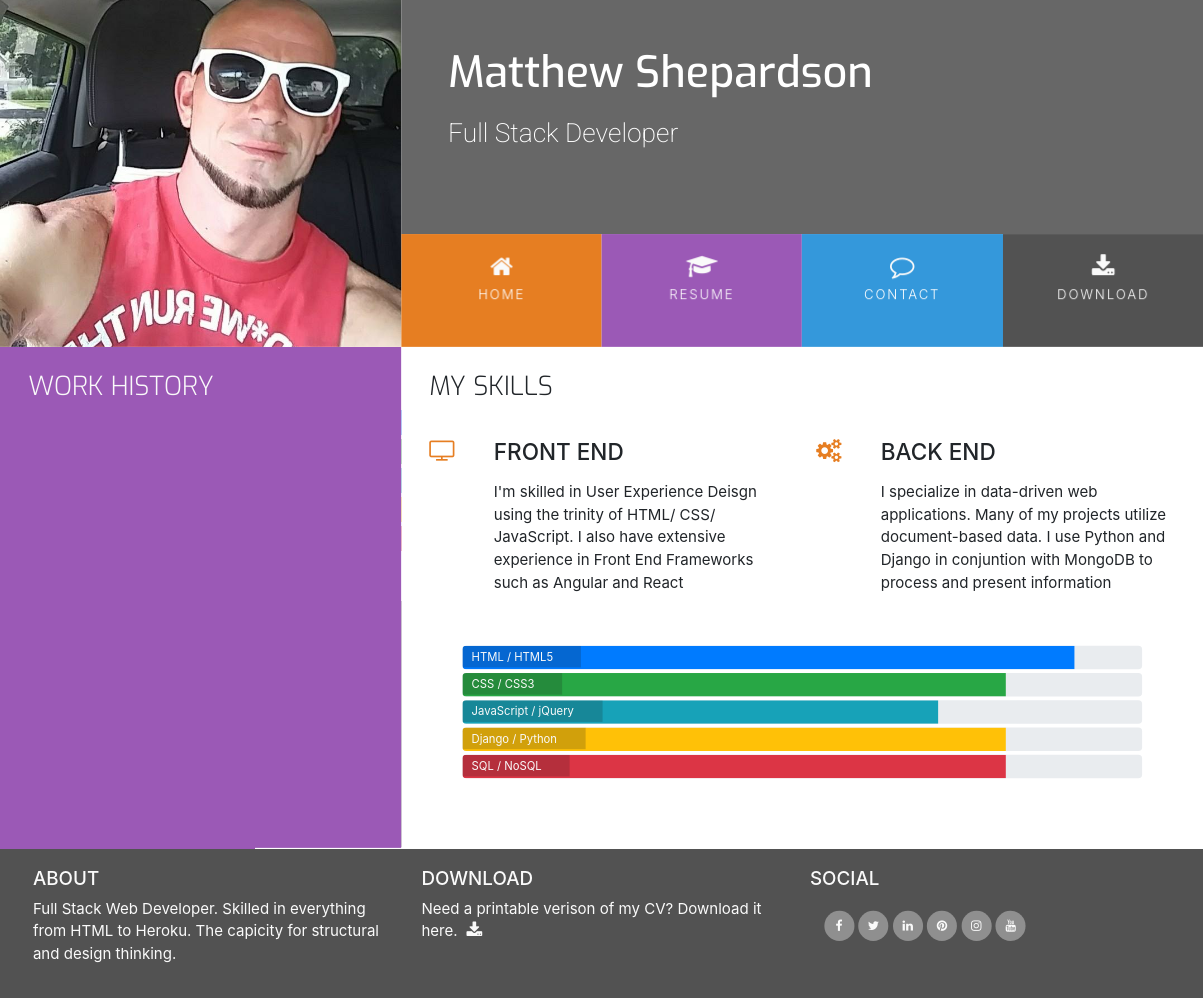
Repository: mshep6517/resume-project
Page: resume.html
The author's editor kept a record of every edit. The page is drawn from the files as they stood at one moment, then again after the next edit.
The browser window is 1280 px wide. The pictures show the whole page, at 94% of full size.
Some web libraries are served in a nearby version.

Above is the page before.

### resume.html
<!DOCTYPE html>
<html lang="en">

<head>
    <meta charset="UTF-8">
    <meta name="viewport" content="width=device-width, initial-scale=1.0">
    <meta http-equiv="X-UA-Compatible" content="ie=edge">
    <link rel="stylesheet" href="https://maxcdn.bootstrapcdn.com/bootstrap/4.2.1/css/bootstrap.min.css" type="text/css" />
    <link rel="stylesheet" href="https://maxcdn.bootstrapcdn.com/font-awesome/4.7.0/css/font-awesome.min.css" type="text/css" />
    <link rel="stylesheet" href="https://cdnjs.cloudflare.com/ajax/libs/hover.css/2.3.1/css/hover-min.css" type="text/css" />
    <link rel="stylesheet" href="assets/css/style.css">
    <title>Matthew</title>
</head>

<body>
    <header>
        <div class="row no-gutters">
            <a class="col-md-4 logo" href="index.html"></a>
            <div class="col-md-8">
                <div class="row no-gutters bg-color-name-title">
                    <div class="col heading">
                        <h1 class="name">Matthew Shepardson</h1>
                        <h2 class="title"> Full Stack Developer</h2>
                    </div>
                </div>
                <div class="row no-gutters">
                    <div class="col">
                        <ul id="nav" class="list-inline menucontainer">
                            <li class="col-6 col-sm-3 ui-menu-color-home list-inline-item menuitem">
                                <a href="index.html" class="hvr-sweep-to-bottom"><i class="fa fa-home" aria-hidden="true"></i><span>Home</span></a>
                            </li>
                            <li class="col-6 col-sm-3 ui-menu-color-resume list-inline-item menuitem">
                                <a href="resume.html" class="hvr-sweep-to-bottom"><i class="fa fa-graduation-cap" aria-hidden="true"></i><span>Resume</span></a>
                            </li>
                            <li class="col-6 col-sm-3 ui-menu-color-contact list-inline-item menuitem">
                                <a href="contact.html" class="hvr-sweep-to-bottom"><i class="fa fa-comment-o" aria-hidden="true"></i><span>Contact</span></a>
                            </li>
                            <li class="col-6 col-sm-3 ui-menu-color-download list-inline-item menuitem">
                                <a href="#" class="hvr-sweep-to-bottom"><i class="fa fa-download" aria-hidden="true"></i><span>Download</span></a>
                            </li>
                        </ul>
                    </div>
                </div>
            </div>
        </div>
    </header>
    <section class="container-fluid">
        <div class="row">
            <div class="col-md-4 bg-color-work-history section-column">
                <div class="row">
                    <div class="col-12">
                        <h3 class="history-heading uppercase">
                            Work History
                        </h3>
                    </div>
                </div>
            </div>
            <div class="col-md-8 bg-color-three-reasons section-column">
                <div class="row">
                    <div class="col">
                        <h3 class="section-heading uppercase">My Skills</h3>
                    </div>
                </div>
                <div class="row">
                    <div class="col-10 offset-1 offset-sm-0 col-sm-4 col-md-6">
                        <div class="row">
                            <div class="col-2">
                                <i class="three-rerasons-icon fa fa-tv" aria-hidden="true"></i>
                            </div>
                            <div class="col-10">
                                <h4 class="threee-reasons-heading uppercase">Front End</h4>
                                <p>
                                    I'm skilled in User Experience Deisgn using the trinity of HTML/ CSS/ JavaScript.
                                    I also have extensive experience in Front End Frameworks such as Angular
                                    and React
                                </p>
                            </div>
                        </div>
                    </div>
                    <div class="col-10 offset-1 offset-sm-0 col-sm-4 col-md-6">
                        <div class="row">
                            <div class="col-2">
                                <i class="three-rerasons-icon fa fa-gears" aria-hidden="true"></i>
                            </div>
                            <div class="col-10">
                                <h4 class="threee-reasons-heading uppercase">Back End</h4>
                                <p>
                                    I specialize in data-driven web applications. Many of my projects utilize
                                    document-based data. I use Python and Django in conjuntion with MongoDB
                                    to process and present information
                                </p>
                            </div>
                        </div>
                    </div>
                </div>
                <div class="row progress-section">
                    <div class="col">
                        <div class="progress">
                            <div class="progress-bar" role="progressbar" aria-valuenow="90" aria-valuemin="0" aria-valuemax="100" style="width:90%;">
                                <span class="sr-only">90% complete</span>
                            </div>
                            <span class="progress-type">HTML / HTML5</span>
                        </div>
                        <div class="progress">
                            <div class="progress-bar bg-success" role="progressbar" aria-valuenow="80" aria-valuemin="0" aria-valuemax="100" style="width:80%;">
                                <span class="sr-only">80% complete</span>
                            </div>
                            <span class="progress-type">CSS / CSS3</span>
                        </div>
                        <div class="progress">
                            <div class="progress-bar bg-info" role="progressbar" aria-valuenow="70" aria-valuemin="0" aria-valuemax="100" style="width:70%;">
                                <span class="sr-only">70% complete</span>
                            </div>
                            <span class="progress-type">JavaScript / jQuery</span>
                        </div>
                        <div class="progress">
                            <div class="progress-bar bg-warning" role="progressbar" aria-valuenow="80" aria-valuemin="0" aria-valuemax="100" style="width:80%;">
                                <span class="sr-only">80% complete</span>
                            </div>
                            <span class="progress-type">Django / Python</span>
                        </div>
                        <div class="progress">
                            <div class="progress-bar bg-danger" role="progressbar" aria-valuenow="80" aria-valuemin="0" aria-valuemax="100" style="width:80%;">
                                <span class="sr-only">80% complete</span>
                            </div>
                            <span class="progress-type">SQL / NoSQL</span>
                        </div>
                    </div>
                </div>
            </div>
        </div>

    </section>
    <footer class="container-fluid">
        <div id="footer-details" class="row">
            <div class="col-sm-4">
                <h5 class="uppercase general-sub">About</h5>
                <p class="inline-block">
                    Full Stack Web Developer. Skilled in everything from HTML to Heroku. The capicity for structural and design thinking.
                </p>
            </div>
            <div class="col-sm-4">
                <h5 class="uppercase general-sub">Download</h5>
                <p class="inline-block">
                    Need a printable verison of my CV? Download it here.
                    <a href="#" target="_blank" class="cv-pdf">
                        <i class="fa fa-download" aria-hidden="true"></i>
                        <span class="sr-only">Download link.</span>
                    </a>
                </p>
            </div>
            <div class="col-sm-4">
                <h5 class="uppercase general-sub">Social</h5>
                <ul class="list-inline social-links">
                    <li class="list-inline-item">
                        <a target="_blank" href="#">
                            <i class="fa fa-facebook" aria-hidden="true"></i>
                            <span class="sr-only">Facebook</span>
                            </a>
                    </li>
                    <li class="list-inline-item">
                        <a target="_blank" href="#">
                            <i class="fa fa-twitter" aria-hidden="true"></i>
                            <span class="sr-only">Twitter</span>
                            </a>
                    </li>
                    <li class="list-inline-item">
                        <a target="_blank" href="#">
                            <i class="fa fa-linkedin" aria-hidden="true"></i>
                            <span class="sr-only">LinkedIn</span>
                            </a>
                    </li>
                    <li class="list-inline-item">
                        <a target="_blank" href="#">
                            <i class="fa fa-pinterest" aria-hidden="true"></i>
                            <span class="sr-only">Pinterest</span>
                        </a>
                    </li>
                    <li class="list-inline-item">
                        <a target="_blank" href="#">
                            <i class="fa fa-instagram" aria-hidden="true"></i>
                            <span class="sr-only">Instagram</span>
                            </a>
                    </li>
                    <li class="list-inline-item">
                        <a target="_blank" href="#">
                            <i class="fa fa-youtube" aria-hidden="true"></i>
                            <span class="sr-only">YouTube</span>
                            </a>
                    </li>
                </ul>
            </div>
        </div>

    </footer>
</body>

</html>

### assets/css/style.css
@import url('https://fonts.googleapis.com/css?family=Roboto:100,200,300,400,500,600,700|exo:100,200,300,400,500,600,700');

/*-----------------------------------Colors */

.bg-color-name-title {
    background-color: #676767;
}

.bg-color-three-reasons {
    background-color: #ffffff;
}

.bg-color-personal-info {
   background-color: #f4f4f4;
}

.bg-color-work-history {
    background-color: #9b59b6;
}

.ui-menu-color-home {
    background-color: #e67e22;
}

.ui-menu-color-resume {
    background-color: #9b59b6;
}

.ui-menu-color-contact {
    background-color: #3498db;
}

.ui-menu-color-download {
    background-color: #525252;
}


/*----------------------------------- Special Paddings/margins/text*/

h1,
h2,
h3,
h4 {
    margin: 0;
}

.uppercase {
    text-transform: uppercase;
}

.general-sub: {
    font-family: "Exo", sans-serif;
    font-weight: 300;
    color: #fafafa;
}

.row-table {
    display: table;
}

.section-column {
    display: table-cell;
    padding: 0 30px 30px;
    float: none;
}

.history-heading,
.section-heading {
    font-family: "Exo", sans-serif;
    font-weight: 300;
    margin-top: 25px;
    margin-bottom: 40px;
}

/*-----------------------------------Heading */

header {
    margin: 0;
}

.heading {
    margin-left: 50px;
}

.logo {
    background: url("../images/my picture.png");
    background-position: center;
    background-repeat: no-repeat;
    background-size: cover;
    min-height: 360px;
    transition: all .5s ease-in-out;
    -moz-transition: all .5s ease-in-out;
    -webkit-transition: all .5s ease-in-out;
}

.name {
    font-family: "Exo", sans-serif;
    font-weight: 100px;
    font-size: 46px;
    margin-top: 50px;
    color: #ffffff;
}

.title {
    font-family: "Roboto", sans-serif;
    font-weight: 200;
    font-size: 28px;
    margin-top: 20px;
    margin-bottom: 90px;
    color: #ffffff;
}

.list-inline-item:not(:last-child) {
    margin: 0;
}

.menucontainer {
    font-size: 0;
}

#nav {
    margin: 0;
}

#nav li {
    font-size: 14px;
    padding: 0;
}

.menuitem {
    height: 120px;
    text-align: center;
    padding: 0;
}

.menuitem a {
    width: 100%;
    text-decoration: none;
    color: #ffffff;
    height: 120px;

}

.menuitem a i {
    padding-top: 22px;
    display: block;
    color: #fafafa;
    font-size: 26px;
}

.menuitem span {
    display: block;
    width: 100%;
    padding-top: 5px;
    text-align: center;
    text-transform: uppercase;
    font-size: 14px;
    font-weight: 300;
    letter-spacing: 2px;
}

/*-----------------------------------Hover.CSS */

.hvr-sweep-to-bottom:before {
    background-color: rgba(0, 0, 0, 0.2);
    height: 120px;
}

/*-----------------------------------Footer */

footer {
    background-color: #525252;
    color: #fafafa;
    min-height: 120px;
    margin: 0;
}

.inline-block {
    display: inline-block;
}

.cv-pdf i {
    font-size:18px;
    color: #fafafa;
    text-align: center;
    padding-left: 5px;
    transition: all 0.35s ease-in-out;
    -moz-transition: all 0.35s ease-in-out;
    -webkit-transition: all 0.35s ease-in-out;
    -o-transition: all 0.35s ease-in-out;
}

.cv-pdf i:hover {
    color: #e84610;
}

.social-links {
    padding:15px;
}

.social-links li a i {
    width: 32px;
    height: 32px;
    padding: 12px 0;
    border-radius: 50px;
    font-size: 13px;
    line-height: 7px;
    text-align: center;
    color: #fafafa;
    background: #8f8f8f;
    transition: all 0.35s ease-in-out;
    -moz-transition: all 0.35s ease-in-out;
    -webkit-transition: all 0.35s ease-in-out;
    -o-transition: all 0.35s ease-in-out;
}

.social-links li a i:hover {
    background: #e84610;
}

#footer-details {
    padding: 20px;
}

/*----------------------------------- Three Reasons*/

.three-rerasons-icon {
    font-size:25px;
    color: #e67e22;
}

.threee-reasons-heading {
    margin-bottom: 15px;
}

/*----------------------------------- Personal Info*/

.personal-info-item {
    margin-bottom: 20px;
    display: block;
    clear: both;
}

.personal-info-item .key,
.personal-info-item .value {
    padding-right: 8px;
    display: inline-block;
}

.personal-info-item .key p,
.personal-info-item .value p {
    margin: 0;
}

.personal-info-item .key {
    width: 30%;
    margin-right: 21px;
    padding-top: 2px;
    vertical-align: top;
}

.personal-info-item .key p {
    font-weight: 700;
}

.personal-info-item .value {
    position: relative;
    width: 60%;

}

/*----------------------------------- Skills*/

.progress {
    position: relative;
    height: 25px;
    margin-bottom: 4px;
}

.progress-type {
    position: absolute;
    left: 0px;
    font-weight: 400;
    padding: 3px 30px 2px 10px;
    color: #fafafa;
    background-color: rgba(25, 25, 25, 0.2)
}

.progress-section {
    margin: 40px 20px;
}


/*----------------------------------- Work History*/

.history-heading {
    color: #fafafa;
    margin-bottom: 50px;
}

.timeline-item {
    padding: 4em 2em 0em em;
    position: relative;
    color: #fafafa;
    border-left: 1px solid;
}

.timeline-item p {
    padding: 0;
    margin: 0;
}

.timeline-item: before {
    content: attr(data)-dates);
    position: absolute;
    left: 2.5em;
    top: 3em;
    display: block;
    font-family: "Exo" sans-serif;
    font-weight: 500;
    font-size: 0.8em;
    padding: 0;
    margin: 0;
}

.timeline-item: after {
    width: 12px;
    height: 12px;
    display: block;
    top: 2.4em;
    position: absolute;
    left:-6px;
    border-radius: 12px;
    content: '';
    background: #fafafa;
}

After the next edit:
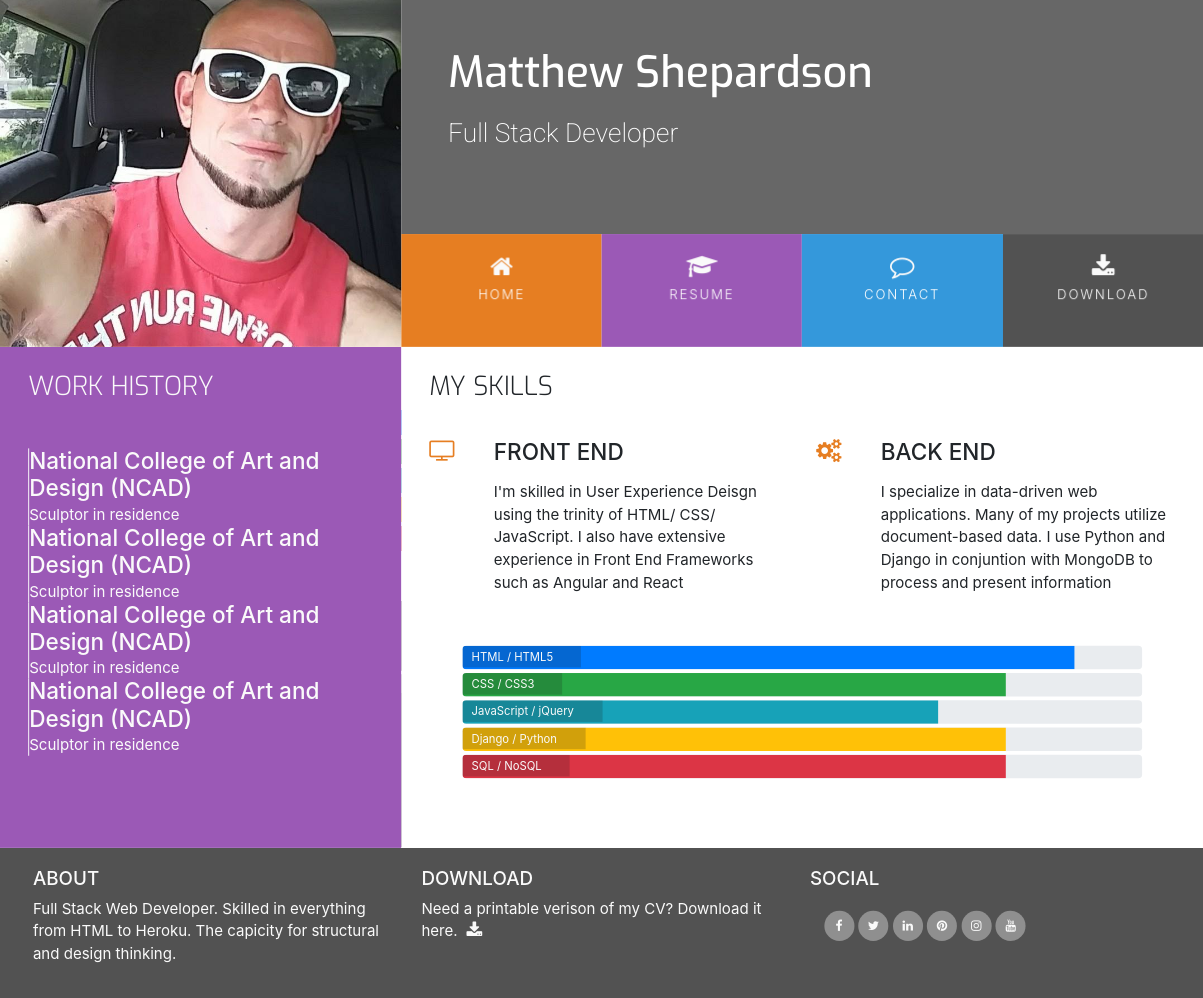
The edit:
--- a/resume.html
+++ b/resume.html
@@ -54,6 +54,22 @@
                         </h3>
                     </div>
                 </div>
+                <div class="timeline-item" data-dates="02/1998 - 04/2004">
+                    <h4>National College of Art and Design (NCAD)</h4>
+                    <p>Sculptor in residence</p>
+                </div>
+                <div class="timeline-item" data-dates="02/1998 - 04/2004">
+                    <h4>National College of Art and Design (NCAD)</h4>
+                    <p>Sculptor in residence</p>
+                </div>
+                <div class="timeline-item" data-dates="02/1998 - 04/2004">
+                    <h4>National College of Art and Design (NCAD)</h4>
+                    <p>Sculptor in residence</p>
+                </div>
+                <div class="timeline-item" data-dates="02/1998 - 04/2004">
+                    <h4>National College of Art and Design (NCAD)</h4>
+                    <p>Sculptor in residence</p>
+                </div>
             </div>
             <div class="col-md-8 bg-color-three-reasons section-column">
                 <div class="row">
